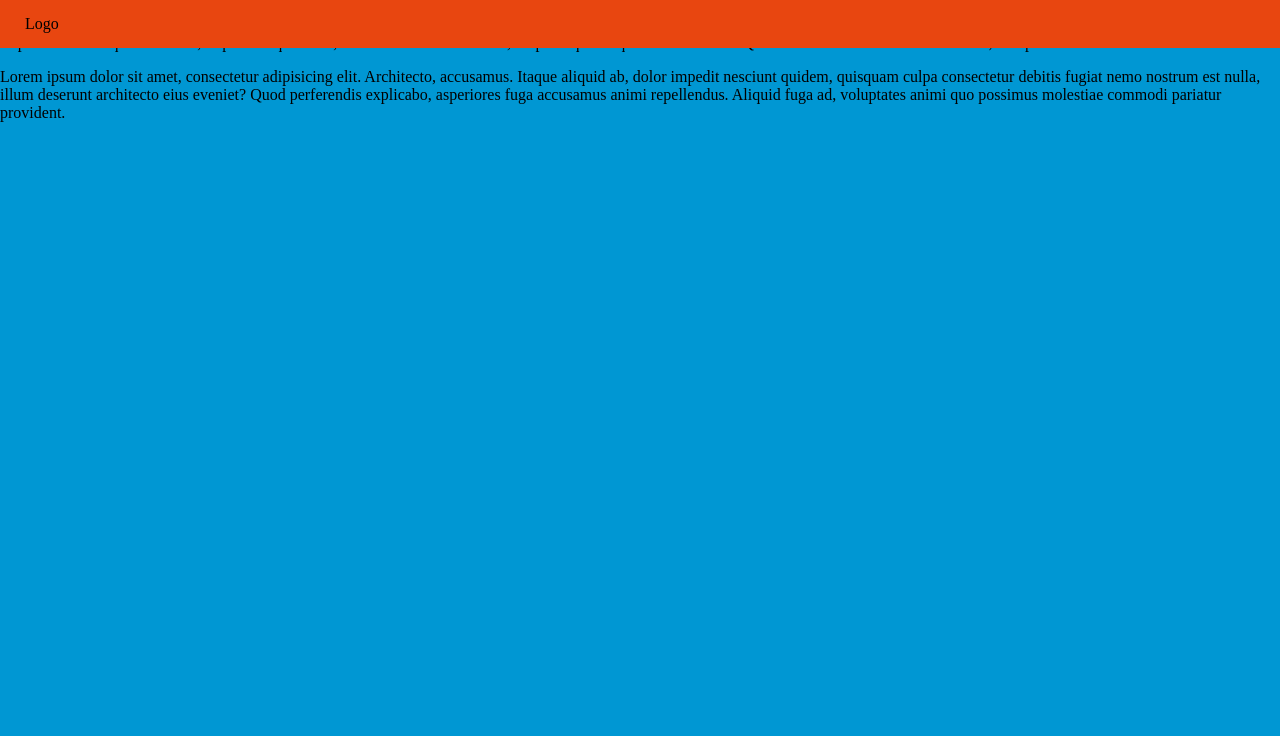
Repository: nealbrophy/CI-Responsive-Mini-Proj
Page: index.html
The author's editor kept a record of every edit. The page is drawn from the files as they stood at one moment, then again after the next edit.
The browser window is 1280 px wide. The pictures show the whole page.

Above is the page before.

### index.html
<!DOCTYPE html>
<html lang="en">
<head>
    <meta charset="UTF-8">
    <meta name="viewport" content="width=device-width, initial-scale=1.0">
    <meta http-equiv="X-UA-Compatible" content="ie=edge">
    <link rel="stylesheet" href="css/style.css" type="text/css" />
    <title>Document</title>
</head>
<body>
    <main class="main">
        <header class="header">
            <div class="logo">Logo</div>
        </header>

        <section class="section">
            <article class="article column column-60"><p class="section-paragraph">Lorem ipsum dolor sit amet, consectetur adipisicing elit. Atque sunt quasi amet repudiandae quia non fugit tempora nemo, ad consequuntur. Eius, optio. Esse nesciunt, ratione qui velit temporibus! Reprehenderit aliquid dolorum, impedit itaque nulla, commodi amet beatae sed, corporis quis neque ex ut dolorem! Quae rerum molestias accusamus odio, voluptates.</p></article>
            <aside class="aside column column-40">
                <p class="section-paragraph">
                    Lorem ipsum dolor sit amet, consectetur adipisicing elit. Architecto, accusamus. Itaque aliquid ab, dolor impedit nesciunt quidem, quisquam culpa consectetur debitis fugiat nemo nostrum est nulla, illum deserunt architecto eius eveniet? Quod perferendis explicabo, asperiores fuga accusamus animi repellendus. Aliquid fuga ad, voluptates animi quo possimus molestiae commodi pariatur provident.
                </p>
            </aside>
        </section>
    </main>
</body>
</html>

### css/style.css
body, html {
    height: 100%;
    margin: 0;
    padding: 0;
}

.header {
    position: fixed;
    top: 0;
    left: 0;
    right: 0;
    background-color: #e84610;
    padding: 15px 25px;
}

.main {
    height: 100%;
}

.section {
    background-color: #0097d3;
    height: 100%;

}

After the next edit:
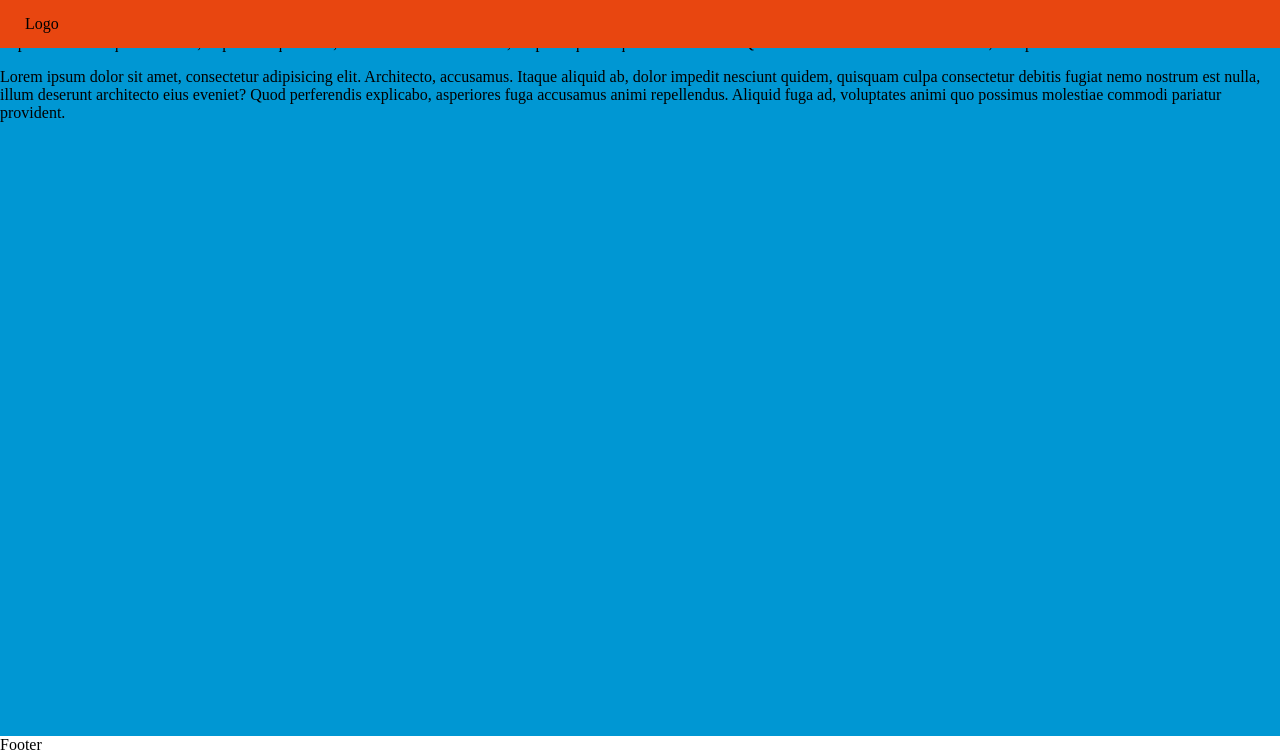
The edit:
--- a/index.html
+++ b/index.html
@@ -21,6 +21,8 @@
                 </p>
             </aside>
         </section>
+
+        <footer class="footer">Footer</footer>
     </main>
 </body>
 </html>
